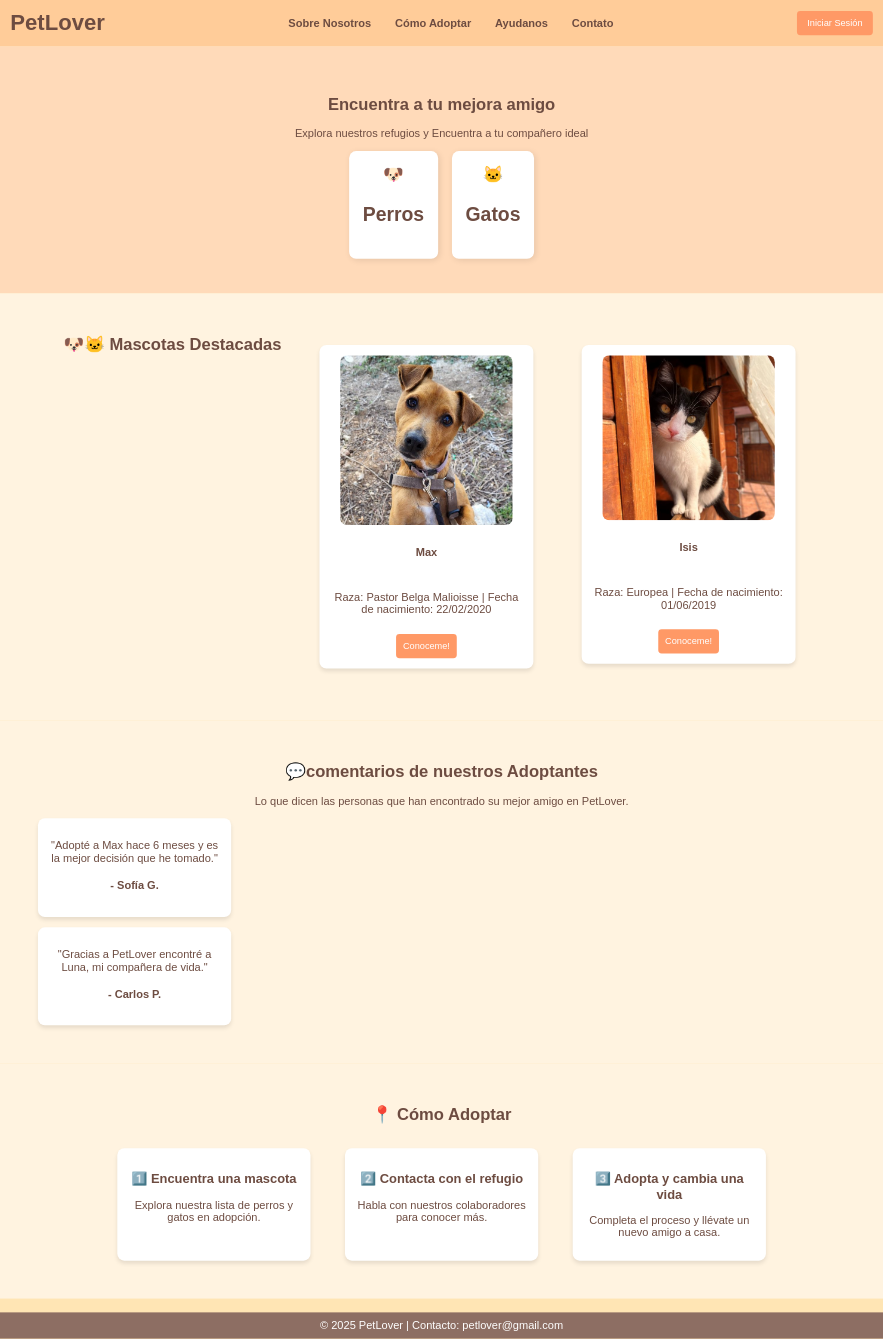
Repository: adriarodrisan/PetLover
Page: Paginas_web/Home_Petlover.html
These files come from the project's save history. The page is drawn as it stood at one moment and after the next save; the edit follows.
The browser window is 1280 px wide. The pictures show the whole page, at 69% of full size.

Above is the page before, as saved 2025-02-17 18:26:55.

### Paginas_web/Home_Petlover.html
<!DOCTYPE html>
<html lang="es">
<head>
    <meta charset="UTF-8">
    <meta name="viewport" content="width=device-width, initial-scale=1.0">
    <title>PetLover home - Adopción de Mascotas </title>
    <link rel="stylesheet" href="/Css_Paginas/Home_Petlover.css">
</head>
<body>
    <header>
        <div class="logo-contenedor">
            <h1> PetLover</h1>
        </div>
<!-- 🎥 Nuestros apartados de informacion, enlaces y boton de inicio de sesión -->
        <nav>
            <a href="#AboutUs">Sobre Nosotros</a>
            <a href="#Adopcion">Cómo Adoptar</a>
            <a href="#Ayudas">Ayudanos</a>
            <a href="#Contactos">Contato</a>
        </nav>
        <button class="boton-autenticacion"> Iniciar Sesión </button>
    </header>
 <!-- 🎥 Separacion entre gato y perro  -->
    <section class= "seccion-principal">
        <h2>Encuentra a tu mejora amigo</h2>
        <p>Explora nuestros refugios y Encuentra a tu compañero ideal</p>
        <div class="contenedor-categorias">
            <a href="perros.html" class="tarjeta-categoria">🐶 <h3>Perros</h3></a>
            <a href="gatos.html" class="tarjeta-categoria">🐱 <h3>Gatos</h3></a>
        </div>
    </section>
<!-- 🐾 Sección de Perros y Gatos Destacados con grandes necesidades! -->
<!-- 🐾 Sección de Perros -->
    <section class="seccion-destacados">
        <h2>🐶🐱 Mascotas Destacadas</h2>
        <div class="contenedor-destacados">
            <div class="tarjeta-mascota">
                <img src="/nerea.png" alt="Perro en adopción">
                <h4>Max</h4>
                <p>Raza: Pastor Belga Malioisse | Fecha de nacimiento: 22/02/2020</p>
                <button> Conoceme! </button>
            </div>
<!-- 🐾 Sección de Gatos -->
            <div class="tarjeta-mascota">
                <img src="/isis.png" alt="Gato en adopción">
                <h4>Isis</h4>
                <p> Raza: Europea | Fecha de nacimiento: 01/06/2019</p>
                <button>Conoceme! </button>
            </div>
        </div>
    </section>
<!-- 🐾 Sección de comentarios de Adoptantes (en preparación) -->
    <section class=" seccion-testimonios">
        <h2>💬comentarios de nuestros Adoptantes </h2>
        <p>Lo que dicen las personas que han encontrado su mejor amigo en PetLover.</p>
        <div class="tarjeta-testimonio">
            <p>"Adopté a Max hace 6 meses y es la mejor decisión que he tomado."</p>
            <h4>- Sofía G.</h4>
        </div>
        <div class="tarjeta-testimonio">
            <p>"Gracias a PetLover encontré a Luna, mi compañera de vida."</p>
            <h4>- Carlos P.</h4>
        </div>
    </section>
        <!-- 📍 Cómo Adoptar -->
    <section class="seccion-adopcion">
        <h2>📍 Cómo Adoptar</h2>
        <div class="contenedor-pasos">
            <div class="paso">
                    <h3>1️⃣ Encuentra una mascota</h3>
                    <p>Explora nuestra lista de perros y gatos en adopción.</p>
                </div>
                <div class="paso">
                    <h3>2️⃣ Contacta con el refugio</h3>
                    <p>Habla con nuestros colaboradores para conocer más.</p>
                </div>
                <div class="paso">
                    <h3>3️⃣ Adopta y cambia una vida</h3>
                    <p>Completa el proceso y llévate un nuevo amigo a casa.</p>
                </div>
            </div>
    </section>
        <footer class="pie-pagina">
            © 2025 PetLover | Contacto: petlover@gmail.com
        </footer>
</body>
</html>

### Css_Paginas/Home_Petlover.css
body{
    font-family: 'Arial', sans-serif;
    background-color: #ffe5b4;
    color: #6d4c41;
    margin: 0;
    text-align: center;
}
header{
    background-color: #FFCC99;
    padding: 15px;
    display: flex;
    justify-content: space-between;
    align-items: center;
}
.logo-contenedor h1{
    margin: 0;
}
nav a{
    text-decoration: none;
    color: #6d4c41;
    font-weight: bold;
    margin:0 15px;
}
.boton-autenticacion{
    background-color: #FF9966;
    border:none ;
    color: white;
    padding: 10px 15px;
    border-radius: 5px;
    cursor: pointer;
}
.boton-autenticacion:hover{
    background-color: #FF7043;
}
.seccion-principal{
    background-color: #ffdab9;
    padding: 50px 20px;
}

.contenedor-categorias{
    display: flex;
    justify-content: center;
    gap: 20px;

}
.tarjeta-categoria{
    text-decoration: none;
    background: white;
    padding: 20px;
    border-radius: 10px;
    color: #6d4c41;
    font-size: 1.5rem;
    box-shadow: 2px 2px 10px rgba(0, 0, 0, 0.1);
    transition: transform 0.2s ease-in-out;
}
.tarjeta-categoria:hover{
    transform: scale(1.1);
}
.seccion-destacados, .seccion-testimonios, .seccion-adopcion {
    padding: 40px;
    background-color: #FFF3E0;
}
.seccion-destacados, .contenedor-pasos{
    display: flex;
    justify-content: center;
    gap: 20px;
    flex-wrap: wrap;

}
.tarjeta-mascota, .tarjeta-testimonio, .paso{
    background-color: white;
    border-radius: 10px;
    padding: 15px;
    margin :15px;
    box-shadow: 0px 4px 6px rgba(0, 0, 0, 0.1);
    text-align: center;
    width: 250px;
}
.tarjeta-mascota img {
    max-width: 250px;
    height: auto;
    border-radius: 10px;
}
.tarjeta-mascota button{
    background-color: #FF9966;
    border: none;
    color: white;
    padding:10px;
    border-radius: 5px;
    cursor:pointer;
}
.tarjeta-mascota button:hover {
    background-color: #FF7043;
}
.pie-pagina {
    background-color: #8D6E63;
    color: white;
    padding: 10px;
    margin-top: 20px;
}
.contenedor-destacados {
    display: flex;
    justify-content: center;
    align-items:flex-start ;
    flex-wrap: wrap;
    gap: 40px;
    padding: 20px;
}
.tarjeta-mascota {
    background-color: white;
    border-radius: 10px;
    padding: 15px;
    box-shadow: 0px 4px 6px rgba(0, 0, 0, 0.1);
    text-align: center;
    width: 280px;
    display: flex;
    flex-direction: column;
    align-items: center;
    gap: 10px;
}

After the next save:
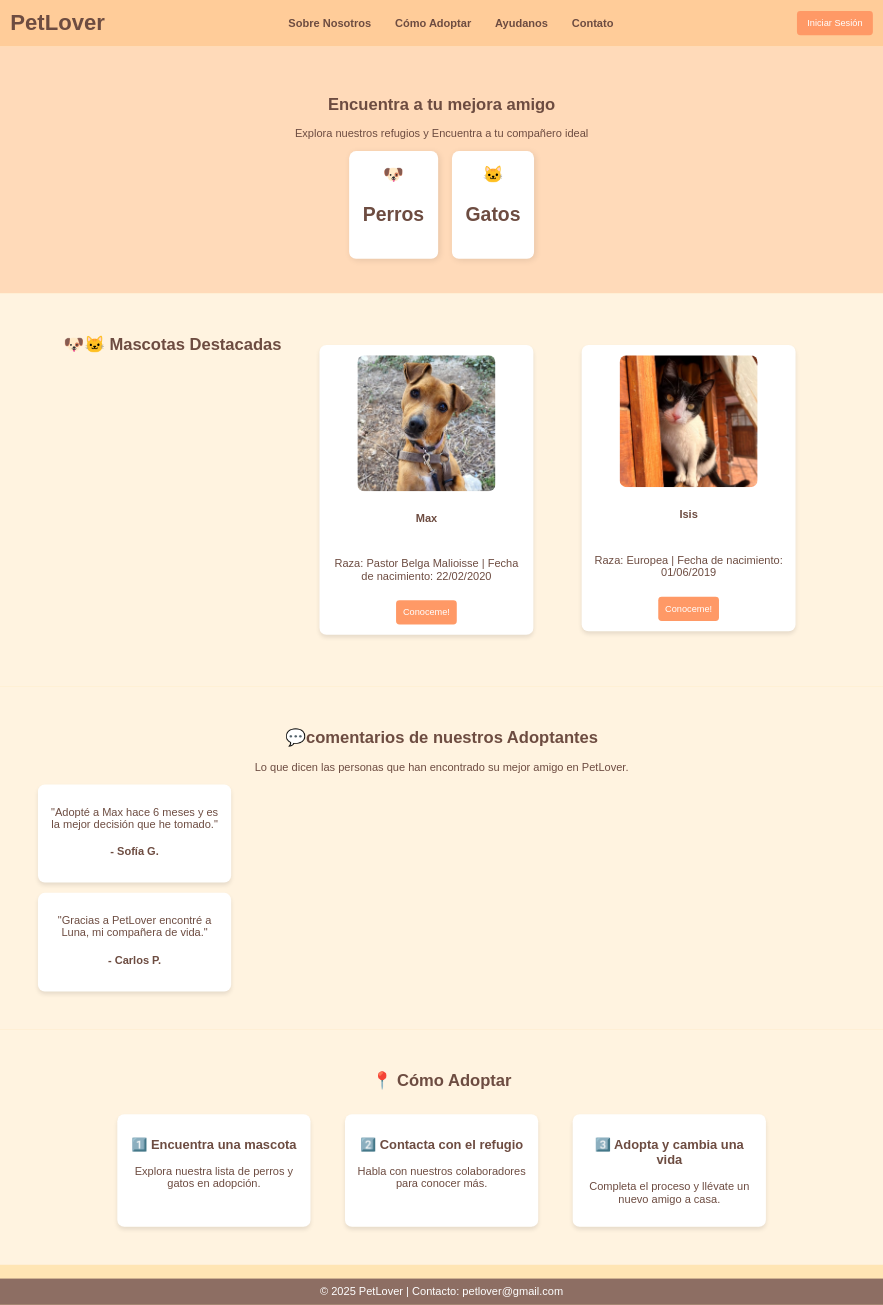
Saved 67 s later.
--- a/Css_Paginas/Home_Petlover.css
+++ b/Css_Paginas/Home_Petlover.css
@@ -77,8 +77,9 @@
     width: 250px;
 }
 .tarjeta-mascota img {
-    max-width: 250px;
-    height: auto;
+    width: 100%;
+    max-width: 200px;
+    object-fit: cover;
     border-radius: 10px;
 }
 .tarjeta-mascota button{
